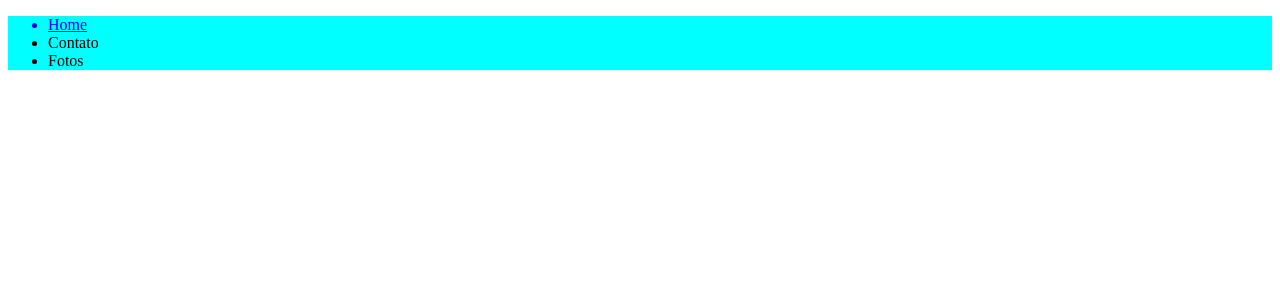
Repository: elourenco001/cursoweb
Page: tagsEstruturais.html
These files come from the project's save history. The page is drawn as it stood at one moment and after the next save; the edit follows.
The browser window is 1280 px wide. The pictures show the whole page.

Above is the page before, as saved 2023-01-26 13:57:39.

After the next save:
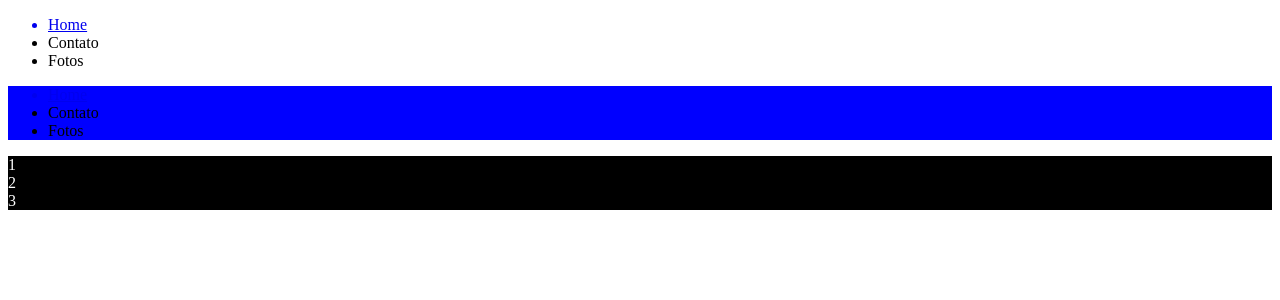
Saved 93 min 56 s later.
--- a/tagsEstruturais.html
+++ b/tagsEstruturais.html
@@ -4,17 +4,26 @@
     <meta charset="UTF-8">
     <meta http-equiv="X-UA-Compatible" content="IE=edge">
     <meta name="viewport" content="width=device-width, initial-scale=1.0">
-    <title>Document</title>
+    <title>Tags Estruturadas</title>
     <style>
-        header {
-            background-color: aqua;
+         .header1 {    <!--Inserindo por variavel-->
+            background-color: green;
         }
-
+        .header2{
+            background-color: blue;
+        }
+        #headerGrande{
+            height: 500px;
+        }
+        div{
+            background-color: black;
+            color: white;
+        }
 
     </style>
 </head>
 <body>
-    <header>
+    <header class="header1">
         <nav>
             <ul>
                 <a href="https://youtube.com" target="_blank"> <!--Dessa forma consigo inserir um botão com Link-->
@@ -22,14 +31,25 @@
                 </a>
                 <li>Contato</li>
                 <li>Fotos</li>
-
             </ul>
-
         </nav>
-
     </header>
 
+    <header class="header2">
+        <nav>
+            <ul>
+                <a href="https://youtube.com" target="_blank"> <!--Dessa forma consigo inserir um botão com Link-->
+                    <li>Home</li>
+                </a>
+                <li>Contato</li>
+                <li>Fotos</li>
+            </ul>
+        </nav>
+    </header>
 
+    <div>1</div>
+    <div>2</div>
+    <div>3</div>
 
 </body>
 
